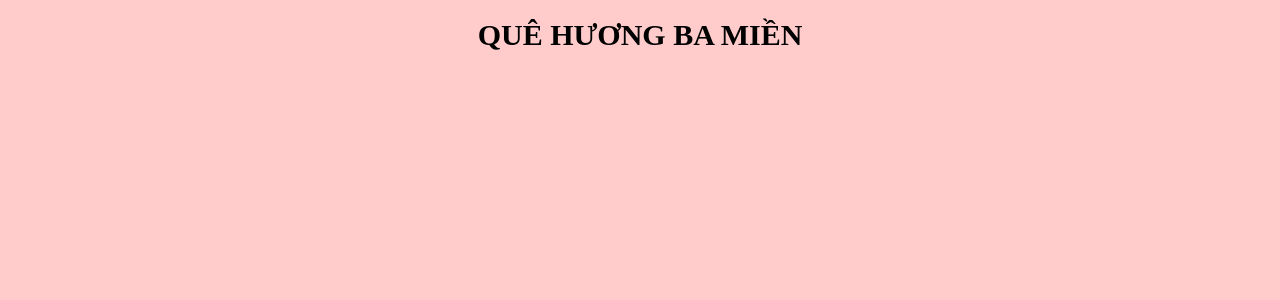
Repository: Tan-Khang21/TH_TKW--Buoi_06
Page: Bai_Tap_Tren_lop/Bai_02/LayoutCSS2.html
The author's editor kept a copy of each file at every save. The page is drawn from the files as they stood at one save, then again after the next save.
The browser window is 1280 px wide. The pictures show the whole page.

Above is the page before, as saved 2024-03-11 20:11:55.

### Bai_Tap_Tren_lop/Bai_02/LayoutCSS2.html
<!DOCTYPE html>
<html lang="en">
  <head>
    <meta charset="UTF-8" />
    <meta name="viewport" content="width=device-width, initial-scale=1.0" />
    <title>Document</title>
    <link rel="stylesheet" href="style.css" />
    <link rel="stylesheet" href="reset.css" />
  </head>
  <body>
    <h2 class="title">QUÊ HƯƠNG BA MIỀN</h2>
  </body>
</html>

### Bai_Tap_Tren_lop/Bai_02/style.css
* {
  box-sizing: border-box;
}
body {
  width: 100%;
  background-color: #ffcccb;
}
.title {
  text-align: center;
  font-size: 30px;
  margin: 20px;
  margin-bottom: 40px;
  font-weight: bold;
}

Loaded but not shown: Bai_Tap_Tren_lop/Bai_02/reset.css (common file)

After the next save:
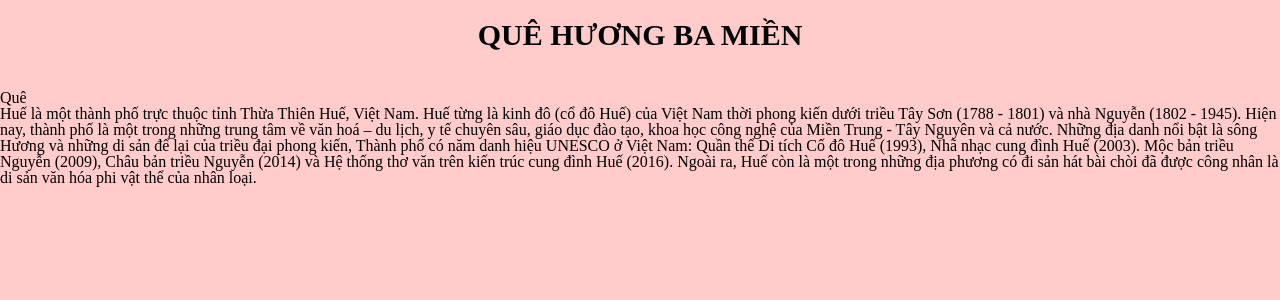
Saved 116 s later.
--- a/Bai_Tap_Tren_lop/Bai_02/LayoutCSS2.html
+++ b/Bai_Tap_Tren_lop/Bai_02/LayoutCSS2.html
@@ -9,5 +9,22 @@
   </head>
   <body>
     <h2 class="title">QUÊ HƯƠNG BA MIỀN</h2>
+    <div class="item">
+      <h5>Quê</h5>
+      <p>
+        Huế là một thành phố trực thuộc tỉnh Thừa Thiên Huế, Việt Nam. Huế từng
+        là kinh đô (cổ đô Huế) của Việt Nam thời phong kiến dưới triều Tây Sơn
+        (1788 - 1801) và nhà Nguyễn (1802 - 1945). Hiện nay, thành phố là một
+        trong những trung tâm về văn hoá – du lịch, y tế chuyên sâu, giáo dục
+        đào tạo, khoa học công nghệ của Miền Trung - Tây Nguyên và cả nước.
+        Những địa danh nổi bật là sông Hương và những di sản để lại của triều
+        đại phong kiến, Thành phố có năm danh hiệu UNESCO ở Việt Nam: Quần thể
+        Di tích Cố đô Huế (1993), Nhã nhạc cung đình Huế (2003). Mộc bản triều
+        Nguyễn (2009), Châu bản triều Nguyễn (2014) và Hệ thống thơ văn trên
+        kiến trúc cung đình Huế (2016). Ngoài ra, Huế còn là một trong những địa
+        phương có đi sản hát bài chòi đã được công nhân là di sản văn hóa phi
+        vật thể của nhân loại.
+      </p>
+    </div>
   </body>
 </html>
